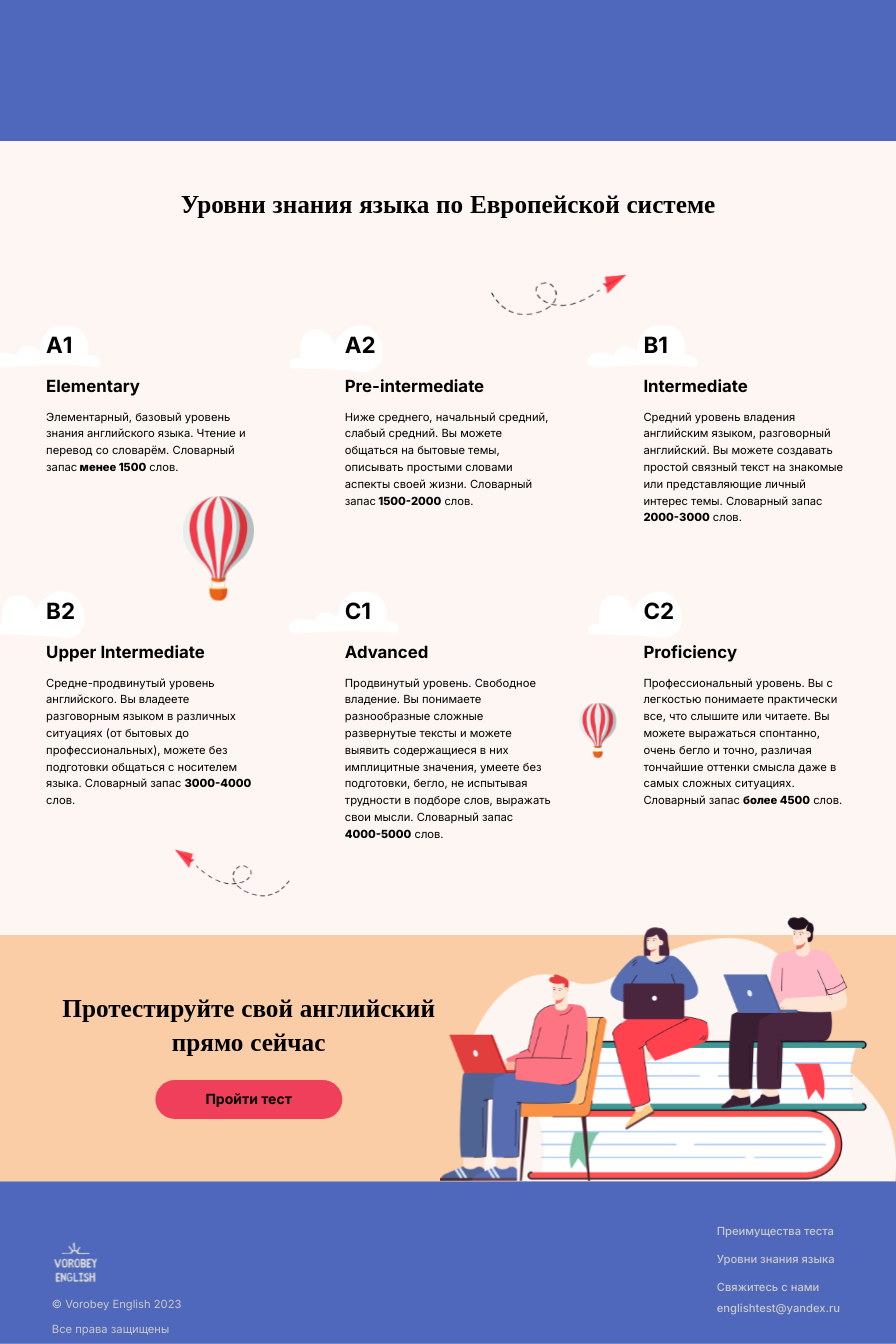
Repository: WladimirVA/PP-01-01_Dandelions
Page: Index.html
An editor plug-in stored every save of this project. The page is shown before and after the next save, followed by the edit.
The browser window is 1280 px wide. The pictures show the part of the page from y = 2004 to 3924 px (the page is 3924 px tall), at 70% of full size.

Above is the page before, as saved 2023-01-27 16:17:24.
Console error: ReferenceError: $ is not defined

### Index.html
<!DOCTYPE html>
<html lang="ru">
<head>
    <meta charset="UTF-8">
    <meta http-equiv="X-UA-Compatible" content="IE=edge">
    <meta name="viewport" content="width=device-width, initial-scale=1.0">
    <link href="./static/css/style.css" rel="stylesheet" type="text/css">
    <link href="./static/css/fonts.css" rel="stylesheet" type="text/css">
    <link rel="icon" sizes="16x16" href="./static/img/Иконка _Лого_ (1_1).svg" type="image/x-icon">
    <title>Dandelions</title>
</head>
<body>
    <!-- <script src="./js/scrollButton.js"></script> -->
    <header class="header" di="HOME">
        <div class="section">
            <div class="section-header">
                <div class="logo">
                    <img src="./static/img/Иконка _Лого_ (1).svg">
                </div>
                <nav>
                    <ul class="header-nav">
                        <li><a class="link" href="#ADVAN_TEST">Преимущества теста</a></li>
                        <li><a class="link" href="#LANGUAGE_LEVELS">Уровни знания языка</a></li>
                        <li><a class="link" href="#FOOTER">Свяжитесь с нами</a></li>
                    </ul>
                </nav>
            </div>
        </div>
    </header>
    <main>
        <section class="HOME">
        <div class="section">
            <div class="content">
                <h1 class="title">
                    проверь свой уровень <br>английского
                </h1>
                <div class="section-home">

                    <div class="title-home">

                        <p class="home_p">
                            Пройдите наш <span  style="font-weight:900"> бесплатный <br></span> онлайн-тест и узнайте свой уровень <br>владения английским языком
                        </p>
                        <ul class="home_ul">
                            <li class="home_li"><img class="check" src="./static/img/Иконка _Галочка_ 3.svg">Без регистрации</li>
                            <li class="home_li"><img class="check" src="./static/img/Иконка _Галочка_ 3.svg">Без ограничений по времени</li>
                            <li class="home_li"><img class="check" src="./static/img/Иконка _Галочка_ 3.svg">По международным стандартам</li>
                        </ul>
                        <div class="buttonsHome">
                            <form action="./name.html">
                                <button class="button_home">Пройти тест</button>
                            </form>
                        </div>
                    </div>
                    <div class="image-home">
                        <img src="./static/img/иллюстр 6 (1).svg">
                    </div>
                </div>
            </div>

        </div>
        </section>
        <section class="WHY-TEST">
            <div class="section">
                <div class="">
                    <div class="section-home-1">
                        <h1 class="title_2">Почему важно знать<br>свой уровень английского?</h1>
                        <div class="section-home-2">
                            <div class="image-home-2">
                                <img src="./static/img/иллюстр 2 1.svg">
                            </div>
                            <div class="home_p home-text">
                                <p>Если Вы решили улучшить свой английский, перед началом обучения всегда надо определить свой уровень знаний.</p>
                                <p class="p-text">Тест на определение уровня английского языка позволяет понять, с какого уровня следует начинать занятия, помогает преподавателю грамотно составить программу обучения, оценить сильные стороны ученика.</p>
                            </div>
                        </div>
                    </div>
                </div>
            </div>
        </section>
        <section class="ADVAN_TEST" id="ADVAN_TEST">
            <div class="section">
                <div class="content">
                    <div class="content_img">
                        <img class="rot-sheet" src="./static/img/shestirenki/Vector (3).png">
                        <img class="rot-sheet-1" src="./static/img/shestirenki/Vector (4).png">
                        <img class="rot rot-img1" src="./static/img/shestirenki/Vector (5).svg">
                        <img class="rot1 rot-img2" src="./static/img/shestirenki/Vector (7).svg">
                        <img class="rot rot-img3" src="./static/img/shestirenki/Vector (6).svg">
                    </div>
                    <div class="text_test">
                        <h1 class="title_3">Преимущества тестирования</h1>
                    </div>
                    <div class="content-ADVAN_TEST">
                        <div class="quality test-info">
                            <img src="./static/img/Mask group 1.svg">
                            <h3 class="advan-test">Стандарт качества</h3>
                            <p class="advan-test-p">Тест содержит 60 вопросов и разработан в соответствии с международной классификацией CEFR*. </p>
                        </div>
                        <div class="free test-info">
                            <img src="./static/img/Mask group2 1.svg">
                            <h3 class="advan-test">Полностью бесплатно</h3>
                            <p class="advan-test-p">Проверьте свой уровень английского бесплатно — регистрироваться и вводить email не нужно.</p>
                        </div>
                        <div class="availability test-info">
                            <img src="./static/img/Mask group1 1.svg">
                            <h3 class="advan-test">Доступность</h3>
                            <p class="advan-test-p">Тестирование можно пройти с любого устройства: компьютера, планшета или смартфона. Нужен только интернет.</p>
                        </div>
                    </div>
                    <p class="advan-test-p advan-test-p-2">*Общеевропейские компетенции владения иностранным языком (CEFR) – признанный во всём мире стандарт для описания уровней владения иностранным языком. </p>
                </div>
            </div>
        </section>
        <section class="LANGUAGE_LEVELS" id="LANGUAGE_LEVELS">
            <div class="section">
                <div class="content">
                    <div class="text_test">
                        <h1 class="title_3">Уровни знания языка по Европейской системе</h1>
                        <img src="./static/img/иллюстр 1 1.svg">
                    </div>
                    <div class="container">
                        <div class="box-1 container-box">
                            <img class="cloud" src="./static/img/Vector 5.svg">
                            <h3>А1</h3>
                            <p class="container-box-p">Elementary</p>
                            <p class="container-box-p2">Элементарный, базовый уровень знания английского языка. Чтение и перевод со словарём. Словарный запас<span  style="font-weight:900"> менее 1500</span> слов.</p>
                            <img class="ball" src="./static/img/иллюстр 3 1.svg">
                        </div>
                        <div class="box-1 container-box">
                            <img class="cloud" src="./static/img/Vector 1 1.png">
                            <h3>А2</h3>
                            <p class="container-box-p">Pre-intermediate</p>
                            <p class="container-box-p2">Ниже среднего, начальный средний, слабый средний. Вы можете общаться на бытовые темы, описывать простыми словами аспекты своей жизни. Словарный запас<span  style="font-weight:900"> 1500-2000</span> слов.</p>
                        </div>
                        <div class="box-1 container-box">
                            <img class="cloud" src="./static/img/Vector 5.svg">
                            <h3>B1</h3>
                            <p class="container-box-p">Intermediate</p>
                            <p class="container-box-p2">Средний уровень владения английским языком, разговорный английский. Вы можете создавать простой связный текст на знакомые или представляющие личный интерес темы. Словарный запас<span  style="font-weight:900"> 2000-3000</span> слов.</p>
                        </div>
                        <div class="box-1 container-box">
                            <img class="cloud" src="./static/img/Vector 1 1.png">
                            <h3>B2</h3>
                            <p class="container-box-p">Upper Intermediate</p>
                            <p class="container-box-p2">Средне-продвинутый уровень английского. Вы владеете разговорным языком в различных ситуациях (от бытовых до профессиональных), можете без подготовки общаться с носителем языка. Словарный запас <span  style="font-weight:900">3000-4000</span> слов.</p>
                            <img class="ball-2" src="./static/img/иллюстр 5 1.svg">
                        </div>
                        <div class="box-1 container-box">
                            <img class="cloud" src="./static/img/Vector 5.svg">
                            <h3>C1</h3>
                            <p class="container-box-p">Advanced</p>
                            <p class="container-box-p2">Продвинутый уровень. Свободное владение. Вы понимаете разнообразные сложные развернутые тексты и можете выявить содержащиеся в них имплицитные значения, умеете без подготовки, бегло, не испытывая трудности в подборе слов, выражать свои мысли. Словарный запас <span  style="font-weight:900">4000-5000</span> слов.</p>
                            <img class="ball-3" src="./static/img/иллюстр 4 1.svg">
                        </div>
                        <div class="box-1 container-box">
                            <img class="cloud" src="./static/img/Vector 1 1.png">
                            <h3>C2</h3>
                            <p class="container-box-p">Proficiency</p>
                            <p class="container-box-p2">Профессиональный уровень. Вы с легкостью понимаете практически все, что слышите или читаете. Вы можете выражаться спонтанно, очень бегло и точно, различая тончайшие оттенки смысла даже в самых сложных ситуациях. Словарный запас <span  style="font-weight:900">более 4500</span> слов.</p>
                        </div>
                      </div>
                </div>
            </div>
        </section>
        <section class="TEST">
            <div class="section">
                <div class="content">
                    <div class="test-now">
                        <div class="test-now-text">
                            <h1 class="title_3">Протестируйте свой английский<br> прямо сейчас</h1>
                            <form href="">
                                <button class="button test_button">Пройти тест</button>
                            </form>
                            <!-- <button class="button test_button" type="submit">Пройти тест</button> -->
                        </div>
                        <div class="test-now-img">
                            <img src="./static/img/Group 78 1 (1).svg">
                        </div>
                    </div>
                </div>
            </div>
        </section>
    </main>
    <footer class="FOOTER" id="FOOTER">
        <div class="section">
            <div class="section-footer">
                <div class="footer-logo">
                    <img src="./static/img/Vector (3).svg">
                    <p class="footer-logo-p">© Vorobey English 2023</p>
                    <p class="footer-logo-p2">Все права защищены</p>
                </div>
                <div class="footer-navi">
                    <nav>
                        <ul class="footer-nav">
                            <li><a class="footer-link" href="#ADVAN_TEST">Преимущества теста</a></li>
                            <li><a class="footer-link" href="#LANGUAGE_LEVELS">Уровни знания языка</a></li>
                            <li><a class="footer-link" href="#FOOTER">Свяжитесь с нами</a></li>
                        </ul>
                    </nav>
                    <p><a class="footer-link" href="mailto:englishtest@yandex.ru">englishtest@yandex.ru</a></p>
                </div>

            </div>
        </div>
    </footer>
</body>
<script>
const goTopBtn = document.querySelector(".button");

goTopBtn.addEventListener("click", goTop);

function goTop() {

  if (window.pageYOffset > 0) {
    window.scrollBy(0, -10); // второй аргумент - скорость
    setTimeout(goTop, 0); // входим в рекурсию
  }
}

$(function() {

});
</script>
</html>

### static/css/style.css
body {
    scroll-behavior: smooth;
    align-items: center;
    width: 100%;
    max-width: 1366px;
    margin: auto;
    font-family: 'Inter', 'Work Sans', "NunitoSans-Light", Arial, Helvetica, sans-serif;
}

.section {
    margin: 0 auto;
    max-width: 1366px;
}

* {
    margin: 0;
    padding: 0;
}
.header {
    margin-left: 59px;
    margin-right: 92px;
}
.section-header {
    justify-content: space-between;
    height: 83px;
    width: 100%;
    display: flex;
    align-items: center;
}
.logo {
    width: 84px;
    height: auto;
}
.header-nav {
    display: flex;
    list-style-type: none;
}
.link {
    text-decoration: none;
    /* cursor: pointer; */
    font-family: 'Inter';
    font-weight: 500;
    font-size: 16px;
    line-height: 19px;
    color: #000000;
}
.header-nav li {
    margin-right: 35px;
}

.HOME {
    margin-top: 64px;
    margin-left: 93px;
    margin-right: 92px;
    background-color: #FEF6F3;
}
.section-home {
    align-items: center;
    display: flex;
    justify-content: space-between;
    margin-top: -90px;
}


.title {
    font-family: 'Work Sans';
    font-style: normal;
    font-weight: 600;
    font-size: 40px;
    line-height: 48px;
    display: flex;
    align-items: center;
    letter-spacing: 0.02em;
    text-transform: uppercase;
}
.home_p {
    font-family: 'Work Sans';
    font-style: normal;
    font-weight: 400;
    font-size: 20px;
    line-height: 24px;
    margin-top: 43px;
}

.home_ul {
    margin-top: 35px;
}
.home_li {
    list-style-type: none;
    margin-top: 12px;
    font-family: 'Inter';
    font-style: normal;
    font-weight: 400;
    font-size: 16px;
    line-height: 20px;
}

.check {
    margin-bottom: -7px;
    margin-right: 16px;
}

.buttonsHome {
    margin-top: 68px;
}
.button_home {
    background: #FBC815;
    border-radius: 50px;
    width: 267px;
    height: 56px;
    font-family: 'Inter';
    font-style: normal;
    font-weight: 700;
    font-size: 20px;
    line-height: 24px;
    border: 0;
    cursor: pointer;
}

.image-home {
    max-width: 747px;
    max-height: 496px;
}

.title_2 {
    display: block;
    margin-top: 100px;
    padding-top: 68px;
    text-transform: none;
    font-family: 'Work Sans';
    font-style: normal;
    font-weight: 800;
    font-size: 36px;
    line-height: 48px;
    align-items: center;
    text-align: center;
}

.WHY-TEST {
    background-color: #FDF4D3;
    Height: 616px;
}

.section-home-2 {
    align-items: center;
    display: flex;
    justify-content: space-around;
    margin-top: 20px;
}

.home-text {
    width: 490px;
}

.p-text {
    margin-top: 32px;
}

.ADVAN_TEST {
    background: #4F68BB;
    color: white;
    height: 712px;
    padding-top: 63px;
    /* margin-top: 120px; */
}

.content_img {
    margin-top: -215px;
    text-align: end;
    margin-right: 50px;
}

.rot-sheet {
    margin: 0 -34px 90px 0px;
}

.rot-sheet-1 {
    margin: 0 -35px 90px 0px;
}

.rot-img1 {
    width: 117px;
    margin-top: 11px;
    margin-right: -20px;
}

.rot-img2 {
    width: 65px;
    margin-bottom: -35px;
}

.rot-img3 {
    width: 78px;
    margin-bottom: 20px;
    margin-left: -20px;
}

img.rot {
    animation: 1s linear 0s normal none infinite running rot;
    -webkit-animation: 4s linear 0s normal none infinite running rot;
    /* width: 100px; */
  }
  @keyframes rot {
    0% {
      transform: rotate(0deg);
    }
    100% {
      transform: rotate(360deg);
    }
  }
  @-webkit-keyframes rot {
    0% {
      transform: rotate(0deg);
    }
    100% {
      transform: rotate(360deg);
    }
  }

  img.rot1 {
    animation: 1s linear 0s normal none infinite running rot1;
    -webkit-animation: 4s linear 0s normal none infinite running rot1;
    /* width: 100px; */
  }
  @keyframes rot1 {
    0% {
      transform: rotate(360deg);
    }
    100% {
      transform: rotate(0deg);
    }
  }
  @-webkit-keyframes rot1 {
    0% {
      transform: rotate(0deg);
    }
    100% {
      transform: rotate(360deg);
    }
  }


.content-ADVAN_TEST {
    display: flex;
    justify-content: space-evenly;
    margin-top: 75px;
}

.test-info {
   width: 300px;
}



.title_3 {
    display: block;
    text-transform: none;
    font-family: 'Work Sans';
    font-style: normal;
    font-weight: 800;
    font-size: 36px;
    line-height: 48px;
    align-items: center;
    text-align: center;
}

.advan-test {
    margin: 30px 0 30px 0;
    font-style: normal;
    font-weight: 700;
    font-size: 24px;
    line-height: 32px;
}

.advan-test-p {
    font-style: normal;
    font-weight: 400;
    font-size: 18px;
    line-height: 24px;
}

.advan-test-p-2 {
    margin: 65px 0 0 115px;
    max-width: 1117px;
}

.container {
    display: grid;
    grid-template-columns: repeat(3, 295px);
    justify-items: stretch;
    justify-content: space-around;;
    grid-template-rows: 100px 100px 100px;
    row-gap:  280px;
    margin-top: -30px;
}

.text_test img {
    margin-left: 700px;
}

.container-box h3 {
    font-style: normal;
    font-weight: 700;
    font-size: 32px;
    line-height: 36px;
}

.container-box-p {
    font-style: normal;
    font-weight: 700;
    font-size: 24px;
    line-height: 32px;
    margin: 60px 0 15px 0;
}

.container-box-p2 {
    font-style: normal;
    font-weight: 400;
    font-size: 16px;
    line-height: 24px;
}

.LANGUAGE_LEVELS {
    background-color:  #FEF6F3;
}

.content {
    padding-top: 66px;
}

.container-box {
    position: relative;
}

.box-1 h3 {
    position: absolute;
}

.cloud {
    margin: -11px 0 0 -80px;
    position: absolute;
}

.ball {
    display: block;
    position: inherit;
    margin-left:195px;
    margin-top: 30px;
}

.ball-2 {
    margin-left: 180px;
}

.ball-3 {
    display: block;
    margin-left: 335px;
    margin-top: -199px;
}

.button {
    text-align: center;
    background: #F03F5A;
    cursor: pointer;
    border-radius: 30px;
    border: 0;
}

.TEST {
    background-color: #FBCDA6;
    height: 352px;
}

.test_button {
    margin-top: 30px;
    width: 267px;
    height: 56px;
    font-family: 'Inter';
    font-style: normal;
    font-weight: 700;
    font-size: 20px;
    line-height: 24px;
    }

.test-now {
    display: flex;
    justify-content: space-between;
    margin-left: 89px;
}

.test-now-text {
    text-align: center;
    margin-top: 15px;
}

.test-now-img {
    margin-top: -159px;
}

.FOOTER {
    background: #4F68BB;
    height: 232px;
    color: #C9C9C9;
}

.footer-logo-p {
    margin-top: -65px;
    margin-left: 74px;
}

.footer-logo-p2 {
    margin-top: 16px;
    margin-left: 74px;
}


.section-footer {
    display: flex;
    justify-content: space-between;
    align-items: center;
    max-width: 1200px;
}

.footer-logo {
    margin-top: 10px;
}

.footer-navi {
    margin-top: 20px;
}

.footer-nav {
    display: grid;
    list-style-type: none;
    line-height: 2.5;
}

.footer-link {
    text-decoration: none;
    font-family: 'Inter';
    font-weight: 500;
    font-size: 16px;
    line-height: 19px;
    color: #C9C9C9;
    list-style-type: none;
}

### static/css/fonts.css
@import url('https://fonts.googleapis.com/css2?family=Work+Sans:ital,wght@0,600;0,800;1,800&display=swap');


@import url('https://fonts.googleapis.com/css2?family=Inter:wght@400;500;600;700;800&family=Work+Sans:ital,wght@0,600;0,800;1,800&display=swap');

After the next save:
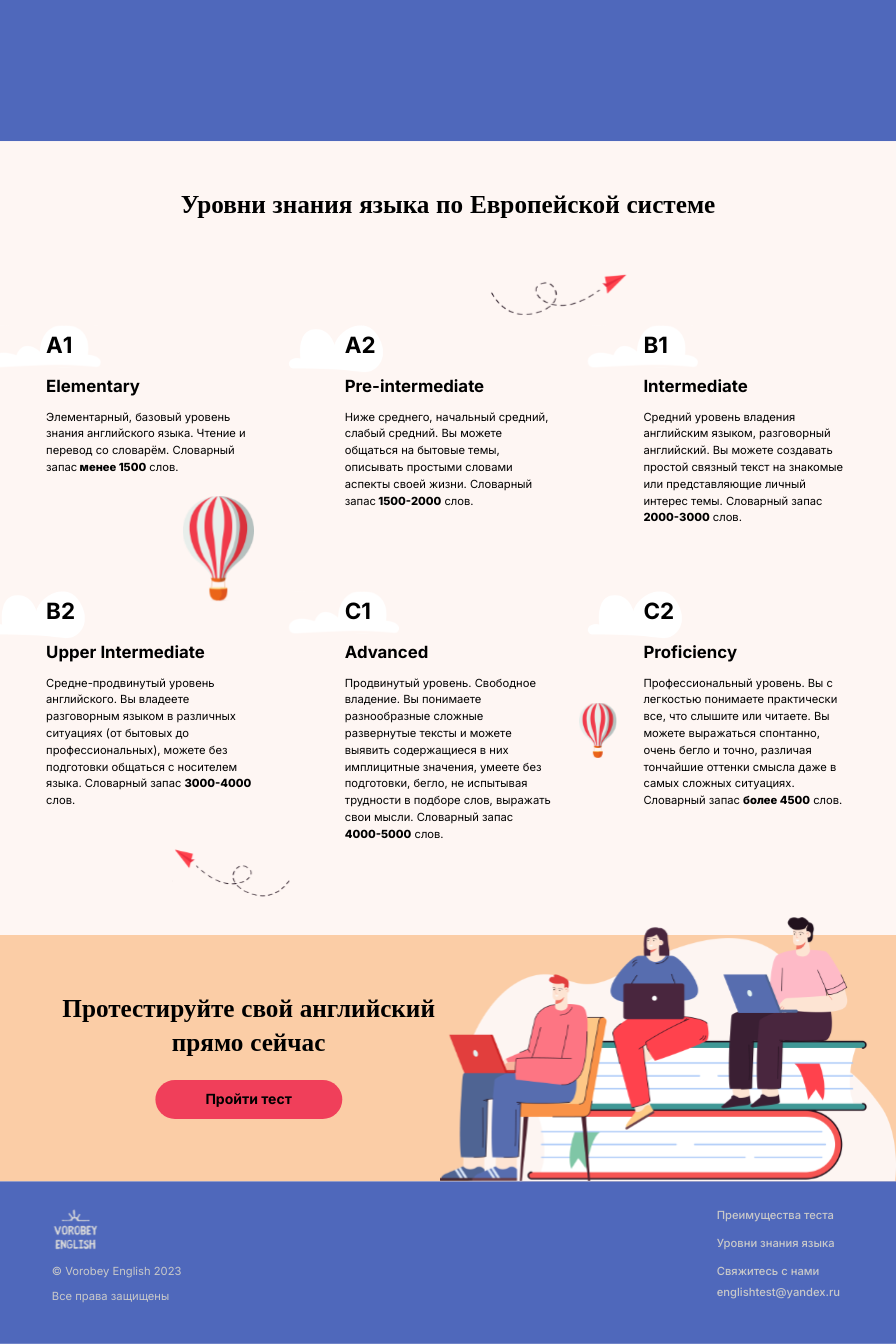
Saved 53 s later.
--- a/static/css/style.css
+++ b/static/css/style.css
@@ -422,7 +422,7 @@ img.rot {
 }
 
 .footer-logo {
-    margin-top: 10px;
+    margin-top: -37px;
 }
 
 .footer-navi {
